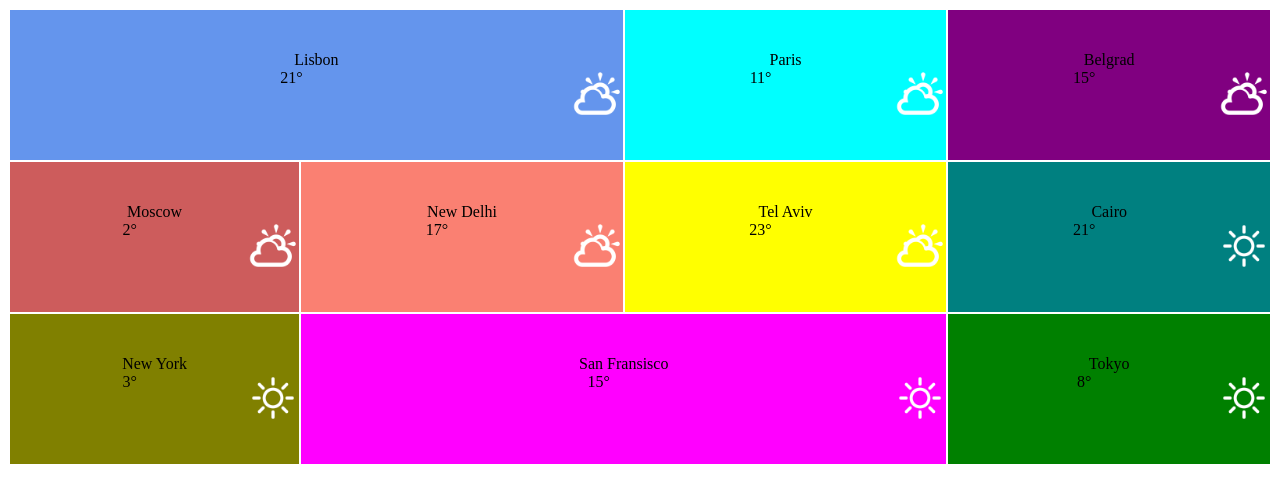
Repository: aysedo/html
Page: Week_2/index.html
The author's editor kept a copy of each file at every save. The page is drawn from the files as they stood at one save, then again after the next save.
The browser window is 1280 px wide. The pictures show the whole page.

Above is the page before, as saved 2021-08-24 16:04:05.

After the next save:
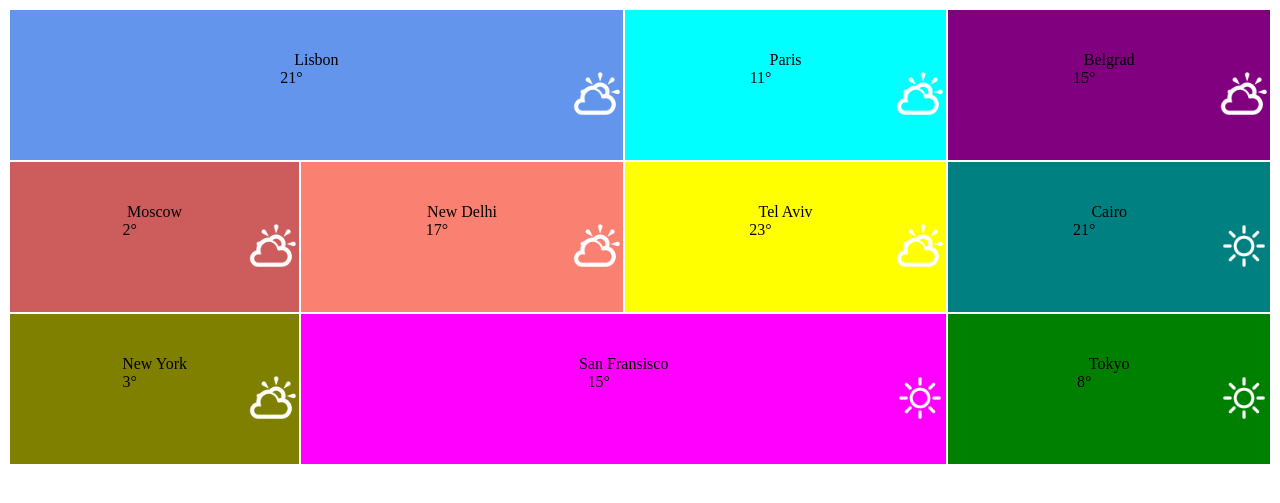
Saved 29 s later.
--- a/Week_2/index.html
+++ b/Week_2/index.html
@@ -51,7 +51,7 @@
         <td bgcolor="Olive" align="center">
           New York <br />
           3°
-          <img src="sun.png" width="50" align="right" />
+          <img src="img.png" width="50" align="right" />
         </td>
         <td colspan="2" bgcolor="Fuchsia" align="center">
           San Fransisco<br />
